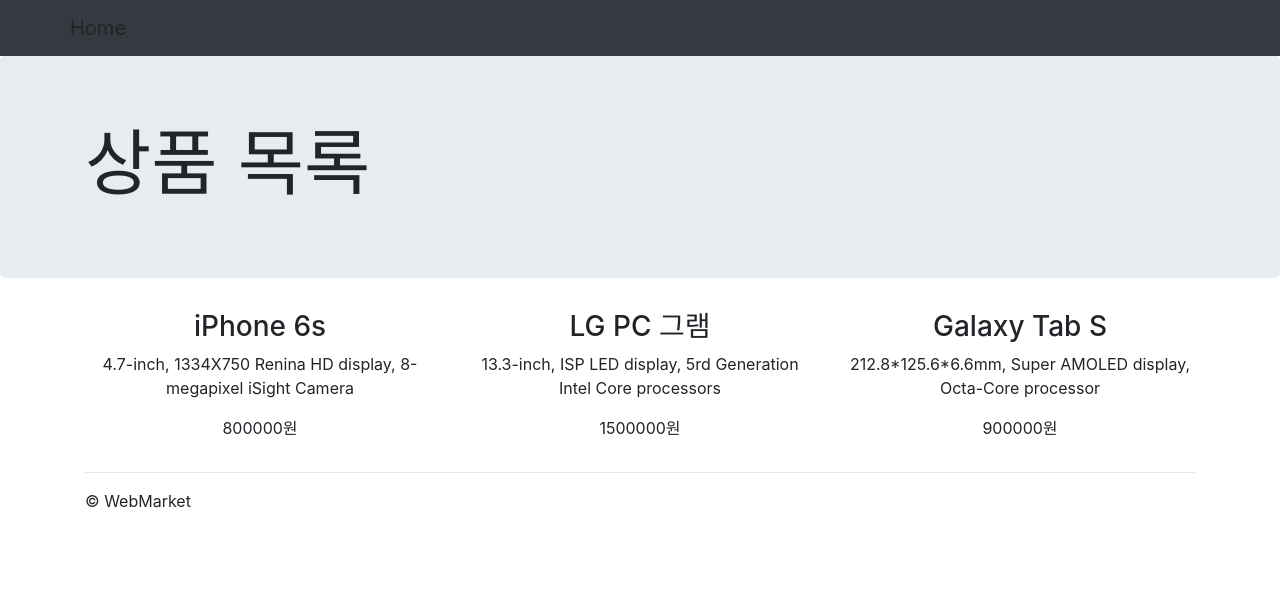
Repository: ramperrit/JSP
Page: http://localhost/WebMarket/products.jsp
The author's editor kept a copy of each file at every save. The page is drawn from the files as they stood at one save, then again after the next save.
The browser window is 1280 px wide. The pictures show the whole page.
The page is served by Tomcat 9. Other server files are loaded and not shown.

Above is the page before, as saved 2024-02-21 07:45:38.

### WebMarket/src/main/webapp/products.jsp
<%@page import="dto.Product"%>
<%@ page language="java" contentType="text/html; charset=utf-8"%>
<%@ page import="java.util.ArrayList" %>

<jsp:useBean id="productDAO" class="dao.ProductRepository" scope="session"/>
<html>
<head>
<link rel = "stylesheet"
	href = "https://maxcdn.bootstrapcdn.com/bootstrap/4.0.0/css/bootstrap.min.css" >
<title>상품 목록</title>
</head>
<body>

	<jsp:include page="menu.jsp"/>
	<div class="jumbotron">
		<div class="container">
			<h1 class="display-3">상품 목록</h1>
		</div>
	</div>
	<%
		ArrayList<Product> listOfProducts = productDAO.getAllProducts();
	%>
	<div class="container">
		<div class="row" align="center">
			<%
				for(int i=0; i<listOfProducts.size(); i++){
					Product product = listOfProducts.get(i);
			%>
			<div class = "col-md-4">
				<h3><%= product.getPname() %></h3>
				<p><%= product.getDescription() %>
				<p><%= product.getUnitPrice() %>원
			</div>
			<%
				}
			%>
		</div>
		<hr>
	</div>
	<jsp:include page="footer.jsp"/>
</body>
</html>

### WebMarket/src/main/webapp/menu.jsp
<nav class = "navbar navbar-expand navbar-dark bg-dark">
		<div class = "container">
			<div class = "navbar-header">
				<a class = "navbar-brand" herf="./Welcome.jsp">Home</a>
			</div>
		</div>
	</nav>

### WebMarket/src/main/webapp/footer.jsp
<footer class = "container">
		<p>&copy; WebMarket</p>
	</footer>

### WebMarket/src/main/java/dao/ProductRepository.java
package dao;

import java.util.ArrayList;

import dto.Product;

public class ProductRepository {

	private ArrayList<Product> listOfProducts = new ArrayList<>();

	public ProductRepository() {
		Product phone = new Product("P1234", "iPhone 6s", 800000);
		phone.setDescription("4.7-inch, 1334X750 Renina HD display, 8-megapixel iSight Camera");
		phone.setCategory("Smart Phone");
		phone.setManufacturer("Apple");
		phone.setUnitsInStock(1000);
		phone.setCondition("New");

		Product notebook = new Product("P1235", "LG PC 그램",1500000);
		notebook.setDescription("13.3-inch, ISP LED display, 5rd Generation Intel Core processors");
		notebook.setCategory("Notebook");
		notebook.setManufacturer("LG");
		notebook.setUnitsInStock(1000);
		notebook.setCondition("Refurbished");

		Product tablet = new Product("P1236", "Galaxy Tab S", 900000);
		tablet.setDescription("212.8*125.6*6.6mm, Super AMOLED display, Octa-Core processor");
		tablet.setCategory("Tablet");
		tablet.setManufacturer("Samsung");
		tablet.setUnitsInStock(1000);
		tablet.setCondition("Old");

		listOfProducts.add(phone);
		listOfProducts.add(notebook);
		listOfProducts.add(tablet);
	}

	public ArrayList<Product> getAllProducts(){
		return listOfProducts;
	}

	public Product getProductById(String productId) {
		Product productById = null;

		for(int i=0; i<listOfProducts.size();i++) {
			Product product = listOfProducts.get(i);
			if(product != null && product.getProductId() != null && product.getProductId().equals(productId)) {
				productById = product;
				break;
			}
		}
		return productById;
	}
}

### WebMarket/src/main/java/dto/Product.java
package dto;

import java.io.Serializable;

public class Product implements Serializable{

	private static final long serialVersionUID = -4274700572038677000L;

	private String productId;
	private String pname;
	private Integer unitPrice;
	private String description;
	private String manufacturer;
	private String category;
	private long unitsInStock;
	private String condition;

	public Product() {
		super();
	}

	public Product(String productId, String pname, Integer unitPrice) {
		this.productId = productId;
		this.pname = pname;
		this.unitPrice = unitPrice;
	}

	public String getProductId() {
		return productId;
	}

	public void setProductId(String productId) {
		this.productId = productId;
	}

	public String getPname() {
		return pname;
	}

	public void setPname(String pname) {
		this.pname = pname;
	}

	public Integer getUnitPrice() {
		return unitPrice;
	}

	public void setUnitPrice(Integer unitPrice) {
		this.unitPrice = unitPrice;
	}

	public String getDescription() {
		return description;
	}

	public void setDescription(String description) {
		this.description = description;
	}

	public String getManufacturer() {
		return manufacturer;
	}

	public void setManufacturer(String manufacturer) {
		this.manufacturer = manufacturer;
	}

	public String getCategory() {
		return category;
	}

	public void setCategory(String category) {
		this.category = category;
	}

	public long getUnitsInStock() {
		return unitsInStock;
	}

	public void setUnitsInStock(long unitsInStock) {
		this.unitsInStock = unitsInStock;
	}

	public String getCondition() {
		return condition;
	}

	public void setCondition(String condition) {
		this.condition = condition;
	}
}

After the next save:
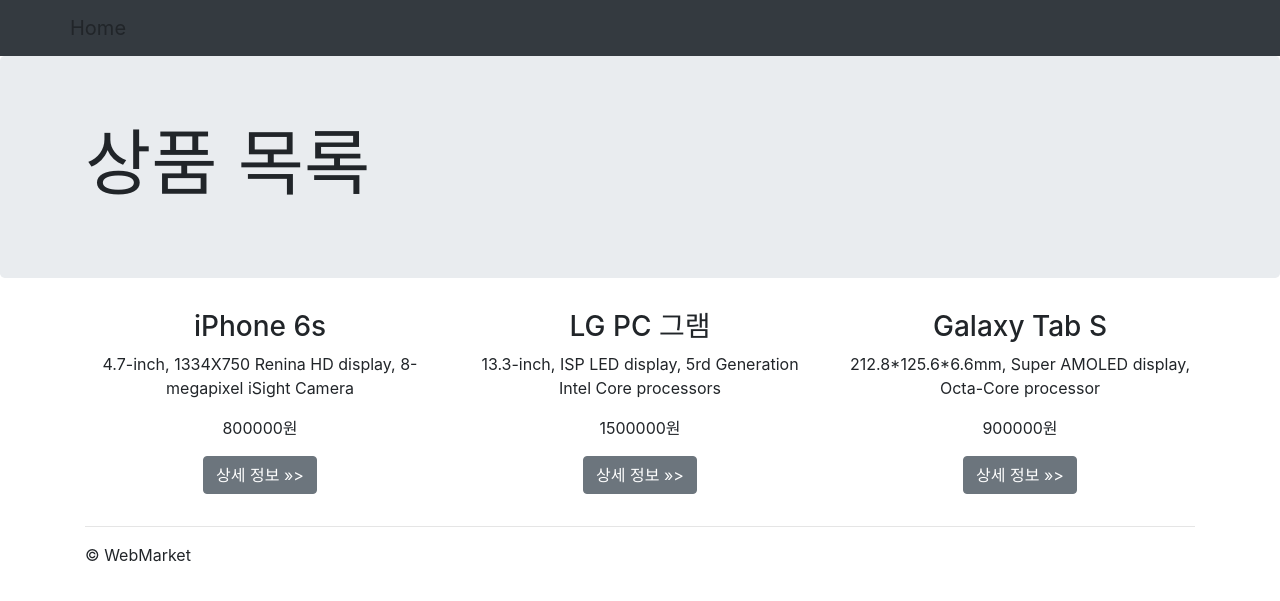
Saved 2 min 59 s later.
--- a/WebMarket/src/main/webapp/products.jsp
+++ b/WebMarket/src/main/webapp/products.jsp
@@ -30,6 +30,7 @@
 				<h3><%= product.getPname() %></h3>
 				<p><%= product.getDescription() %>
 				<p><%= product.getUnitPrice() %>원
+				<p><a href="product.jsp?id=<%=product.getProductId()%>" class="btn btn-secondary" role="button"> 상세 정보 &raquo;></a>
 			</div>
 			<%
 				}
